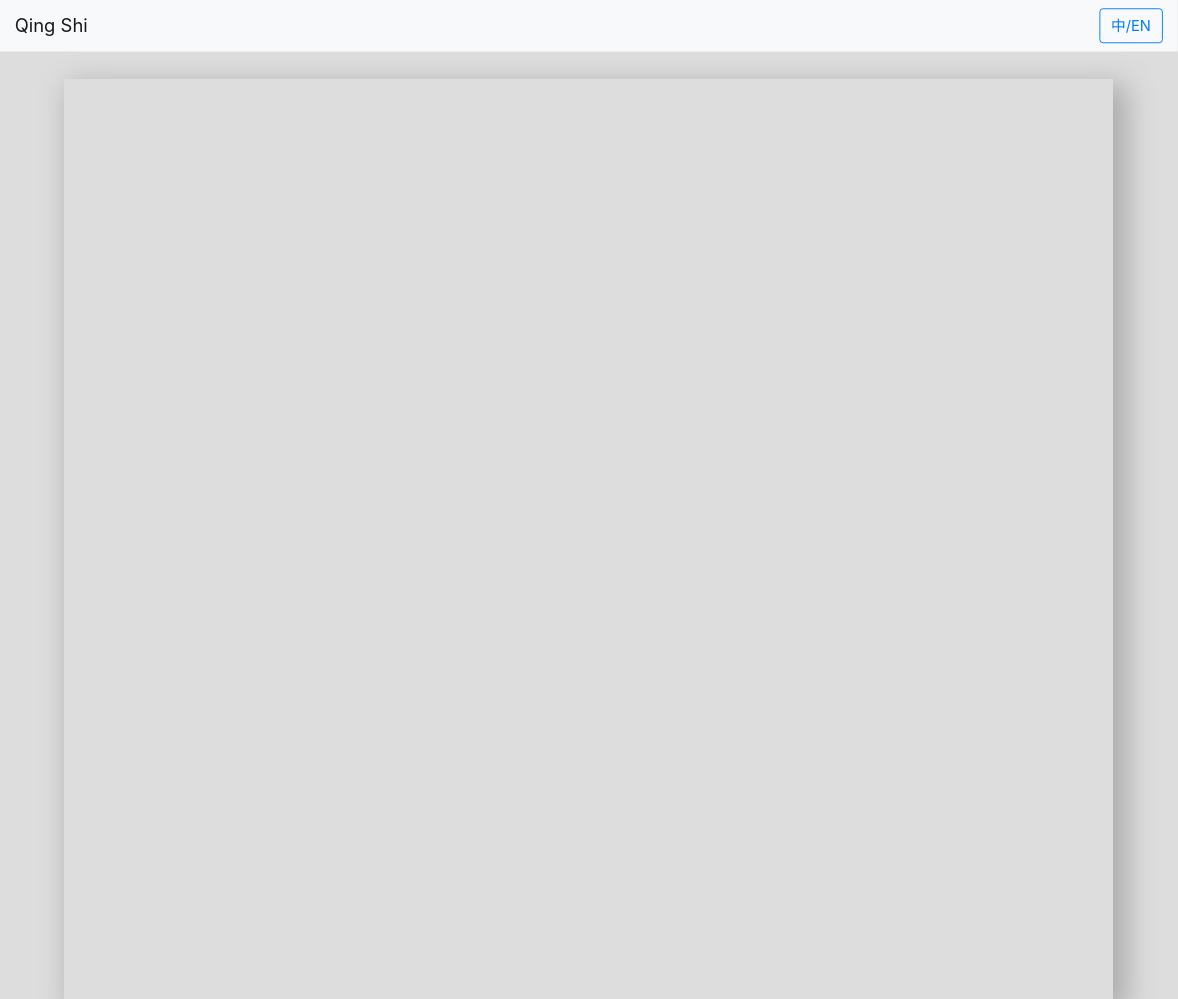
Repository: sqsssq/webpage
Page: index.html
These files come from the project's save history. The page is drawn as it stood at one moment and after the next save; the edit follows.
The browser window is 1280 px wide. The pictures show the whole page, at 92% of full size.
Some web libraries are served in a nearby version.

Above is the page before, as saved 2022-03-27 20:45:13.

### index.html
<!--
 * @Author: Qing Shi
 * @LastEditTime: 2022-03-27 20:43:20
 * @Knowledge:
 * @Description: my homepage
 * @Attention:
-->
<!doctype html>
<html lang="zh-CN">

<head>
    <!-- 必须的 meta 标签 -->
    <meta charset="utf-8">
    <meta name="viewport" content="width=device-width, initial-scale=1, shrink-to-fit=no">
    <title>Qing Shi</title>

    <!-- 新 Bootstrap4 核心 CSS 文件 -->
    <link rel="stylesheet" href="https://cdn.staticfile.org/twitter-bootstrap/4.3.1/css/bootstrap.min.css">

    <!-- jQuery文件。务必在bootstrap.min.js 之前引入 -->
    <script src="https://cdn.staticfile.org/jquery/3.2.1/jquery.min.js"></script>

    <!-- bootstrap.bundle.min.js 用于弹窗、提示、下拉菜单，包含了 popper.min.js -->
    <script src="https://cdn.staticfile.org/popper.js/1.15.0/umd/popper.min.js"></script>

    <!-- 最新的 Bootstrap4 核心 JavaScript 文件 -->
    <script src="https://cdn.staticfile.org/twitter-bootstrap/4.3.1/js/bootstrap.min.js"></script>

    <link rel="stylesheet" href="css/index.css">
    <link rel="shortcut icon" href="icon/bitbug_favicon.ico" />
</head>

<body>

    <nav class="navbar navbar-light bg-light">
        <a class="navbar-brand" href="#">
            Qing Shi
        </a>

        <button type="button" class="btn btn-outline-primary">中/EN</button>
    </nav>

    <div class="container framework">
        <!-- Image and text -->
    </div>
</body>

</html>

### css/index.css
* {
    margin: 0;
    padding: 0;
}

body {
    /* font-family:Georia,serif; */
    background: #ddd;
    /* font-weight:bold; */
    /* font-size:15px; */
    /* color:#333;
    overflow: hidden; */
    -webkit-font-smoothing: antialiased;
}

.framework {
    height: 1000px;
    margin-top: 30px;
    /* border-color: black; */
    /* border-width: 3px; */
    /* border-style: solid; */
    box-shadow: darkgrey 10px 10px 30px 5px ;
}


/*chrome--------------------------------------------start*/
::-webkit-scrollbar {
    width: 8px;
    height: 8px;
}

/* Track */
::-webkit-scrollbar-track {
    background: #ffffff;
    border-radius: 8px;
}

/* Handle */
::-webkit-scrollbar-thumb {
    background: rgb(201, 201, 202);
    border-radius: 8px;
}

/* Handle on hover */
::-webkit-scrollbar-thumb:hover {
    background: rgb(162, 162, 163);
}

.el-menu::-webkit-scrollbar,
.el-table__body-wrapper::-webkit-scrollbar {
    display: none;
}

.el-menu:hover::-webkit-scrollbar,
.el-table__body-wrapper:hover::-webkit-scrollbar {
    display: block;
}

/*chrome--------------------------------------------end*/

After the next save:
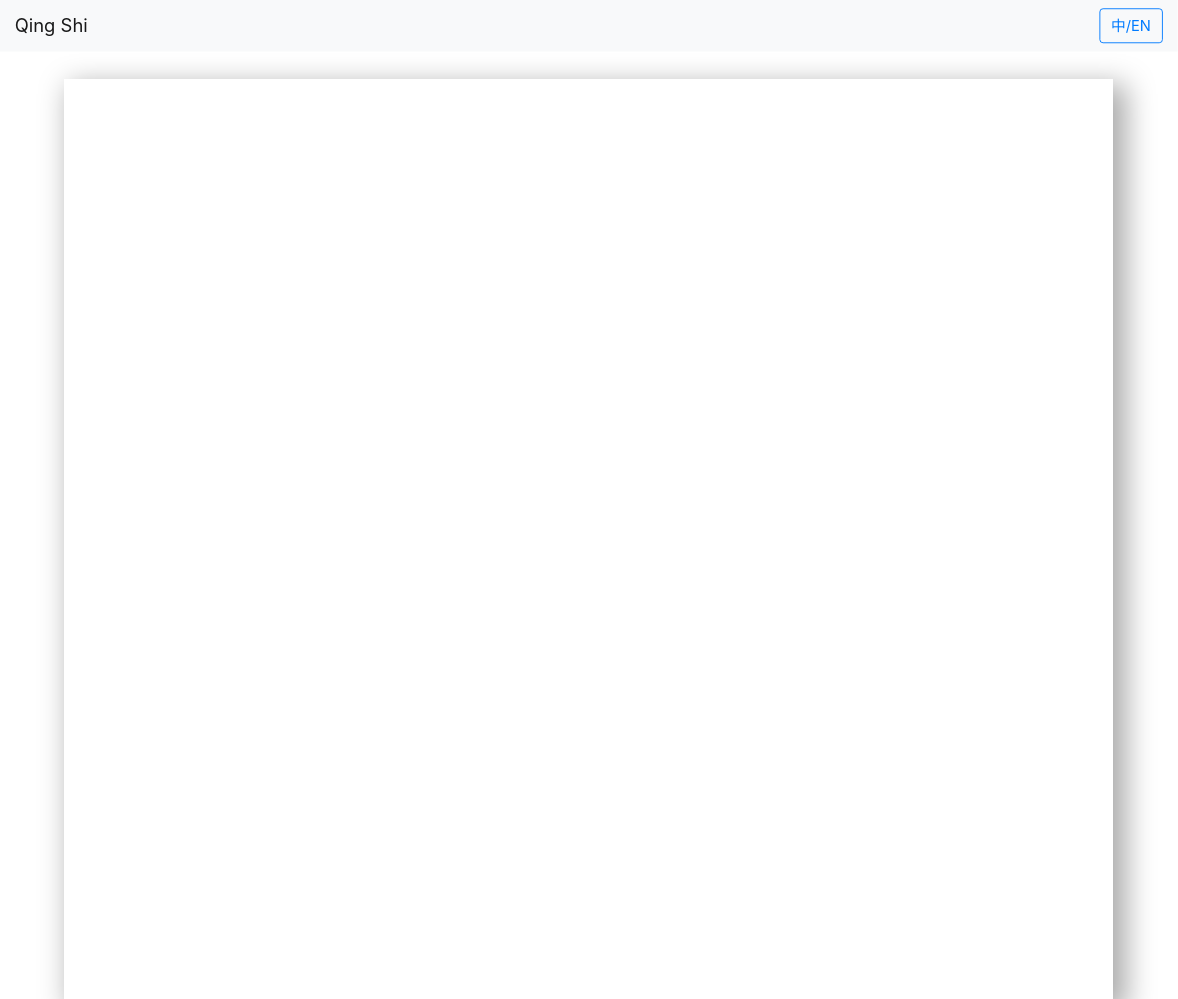
Saved 12 s later.
--- a/css/index.css
+++ b/css/index.css
@@ -5,7 +5,7 @@
 
 body {
     /* font-family:Georia,serif; */
-    background: #ddd;
+    background: #ffffff;
     /* font-weight:bold; */
     /* font-size:15px; */
     /* color:#333;
